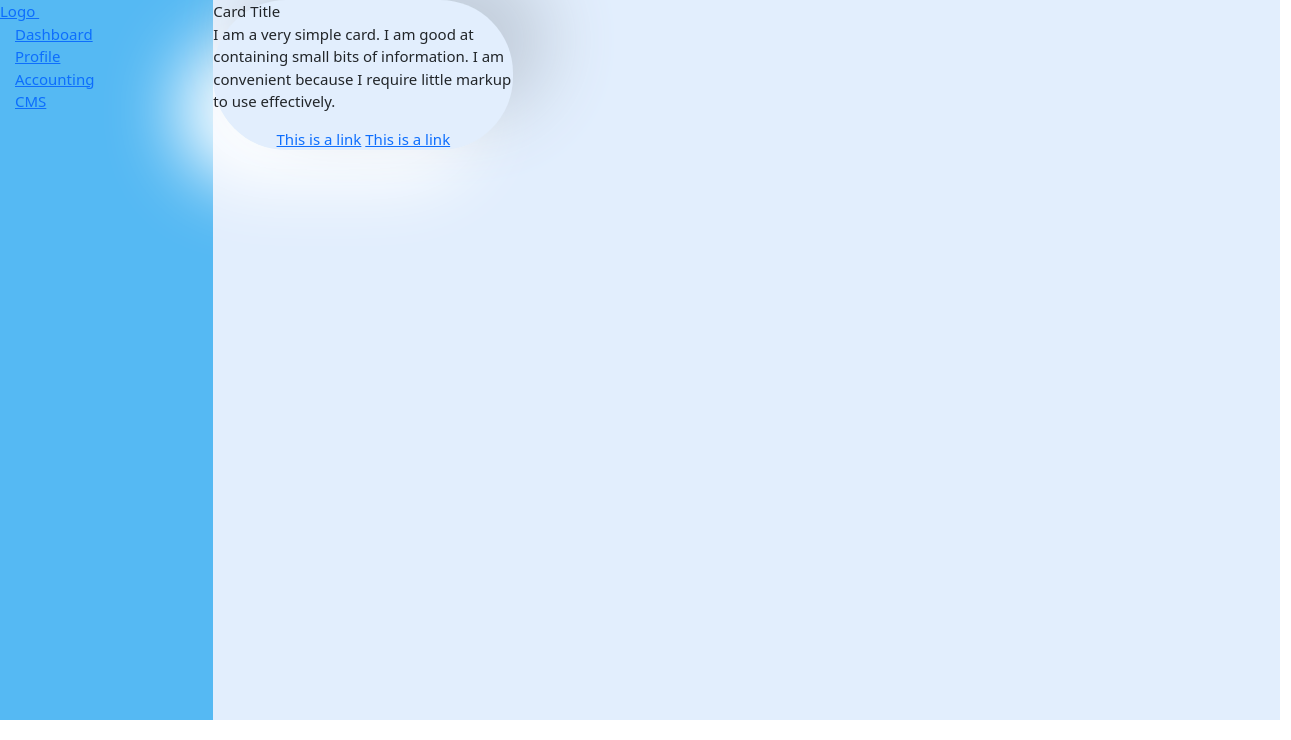
Repository: latenightsnacc/AllinOne
Page: Design/index.html
These files come from the project's save history. The page is drawn as it stood at one moment and after the next save; the edit follows.
The browser window is 1280 px wide. The page is 1291 px wide, so the pictures cover 1291 px, including what lies to the right of the window. The pictures show the whole page.
The style sheet was rebuilt from its Sass, Less or Tailwind sources for each picture, by a compiler version that may differ from the author's.

Above is the page before, as saved 2020-09-15 16:45:31.

After the next save:
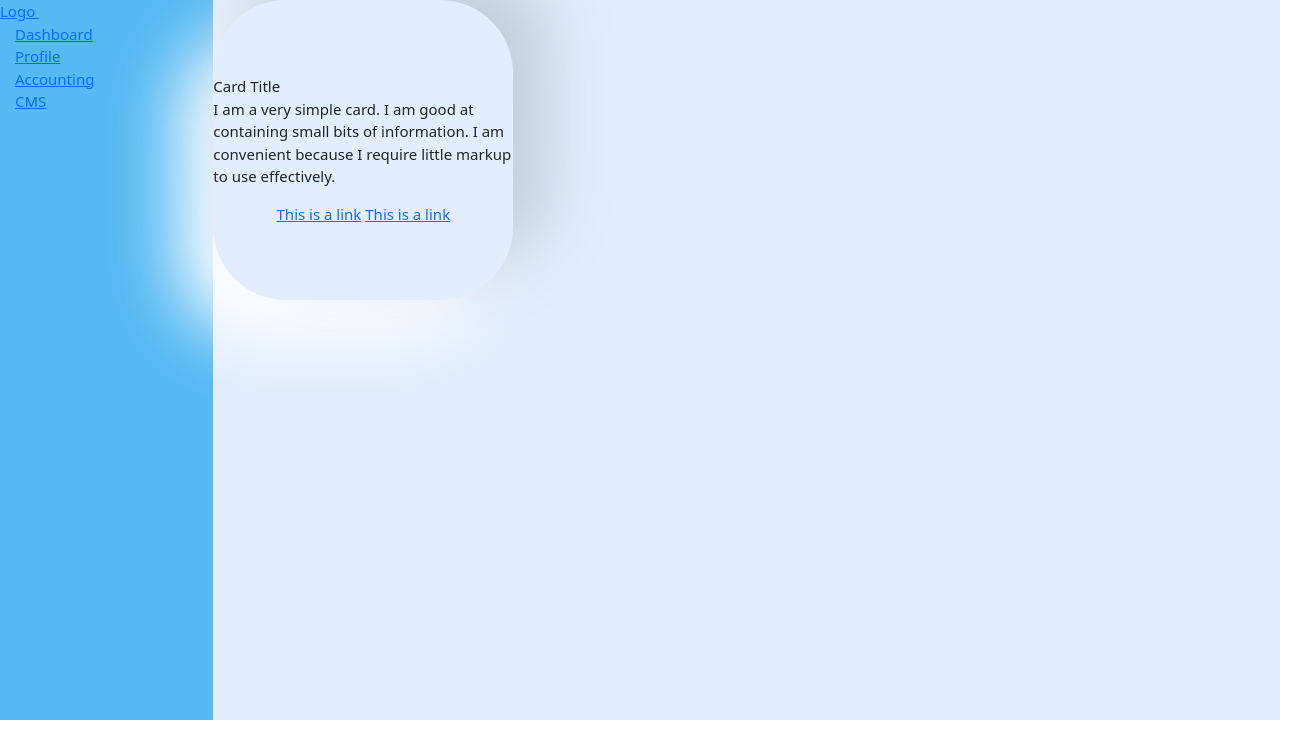
Saved 18 s later.
--- a/Design/Styles.scss
+++ b/Design/Styles.scss
@@ -36,5 +36,5 @@
     align-items: center;
     justify-content: center;
     width: 300px;
-    width: 300px;
+    height: 300px;
 }
